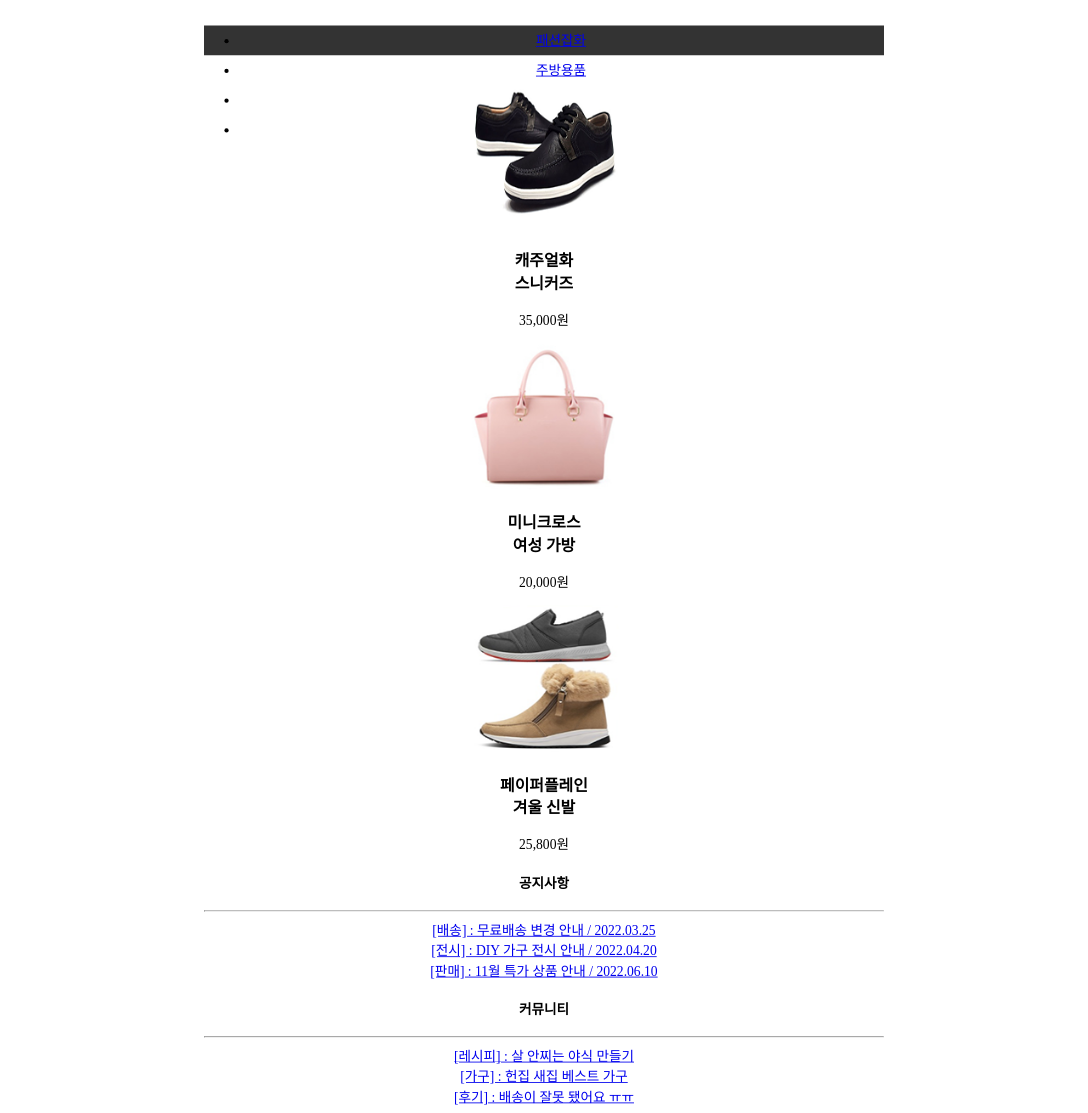
Repository: dudadab/Hhyundaiezwel_Academy
Page: CSS01/src/main/webapp/cssEx.html
The author's editor kept a copy of each file at every save. The page is drawn from the files as they stood at one save, then again after the next save.
The browser window is 1280 px wide. The pictures show the whole page, at 85% of full size.

Above is the page before, as saved 2025-07-02 07:30:07.

### CSS01/src/main/webapp/cssEx.html
<!DOCTYPE html>
<html>
	<head>
		<meta charset="UTF-8">
		<title>CSS 종합 연습문제</title>
		<link rel="stylesheet" type="text/css" href="cssEX.css">
	</head>
	<body>
		<div id="wrap">
			<div id="mainMenuBox">
				<ul id="menuItem">
					<li><a href="#">패션잡화</a></li>
					<li><a href="#">주방용품</a></li>
					<li><a href="#">생활건강</a></li>
					<li><a href="#">DIY가구</a></li>
				</ul>
			</div>
			<div id="productBox">
				<div>
					<img src="image/image/fashion1.png">
					<h3 class="prdTitle">캐주얼화<br>스니커즈</h3>
					<p class="prdPrice">35,000원</p>
				</div>
				<div>
					<img src="image/image/fashion2.png">
					<h3 class="prdTitle">미니크로스<br>여성 가방</h3>
					<p class="prdPrice">20,000원</p>
				</div>
				<div>
					<img src="image/image/fashion3.png">
					<h3 class="prdTitle">페이퍼플레인<br>겨울 신발</h3>
					<p class="prdPrice">25,800원</p>
				</div>
			</div>
			<div id="infoBox">
				<div class="box">
					<h4>공지사항</h4>
					<hr>
					<a href="#">[배송] : 무료배송 변경 안내 / 2022.03.25</a><br>
					<a href="#">[전시] : DIY 가구 전시 안내 / 2022.04.20</a><br>
					<a href="#">[판매] : 11월 특가 상품 안내 / 2022.06.10</a><br>
				</div>
				<div class="box">
					<h4>커뮤니티</h4>
					<hr>
					<a href="#">[레시피] : 살 안찌는 야식 만들기</a><br>
					<a href="#">[가구] : 헌집 새집 베스트 가구</a><br>
					<a href="#">[후기] : 배송이 잘못 됐어요 ㅠㅠ</a><br>
				</div>
			</div>
		</div>
	</body>
</html>

### CSS01/src/main/webapp/cssEX.css
@charset "UTF-8";

/*전체 컨텐츠를 담고 있는 div 태그*/
#wrap{
	margin:0 auto;/*가운데 정렬*/
	width:800px; /*가운데 정렬하기 위해서는 width 값이 있어야 함*/
	text-align:center;

}

#mainMenuBox{
	height:35px;
	line-height:35px; /*줄간격 - 수직 가운데 정렬 효과*/
	background-color:#333;
	margin-top:	30px;
	margin-bottom:30px;

}

After the next save:
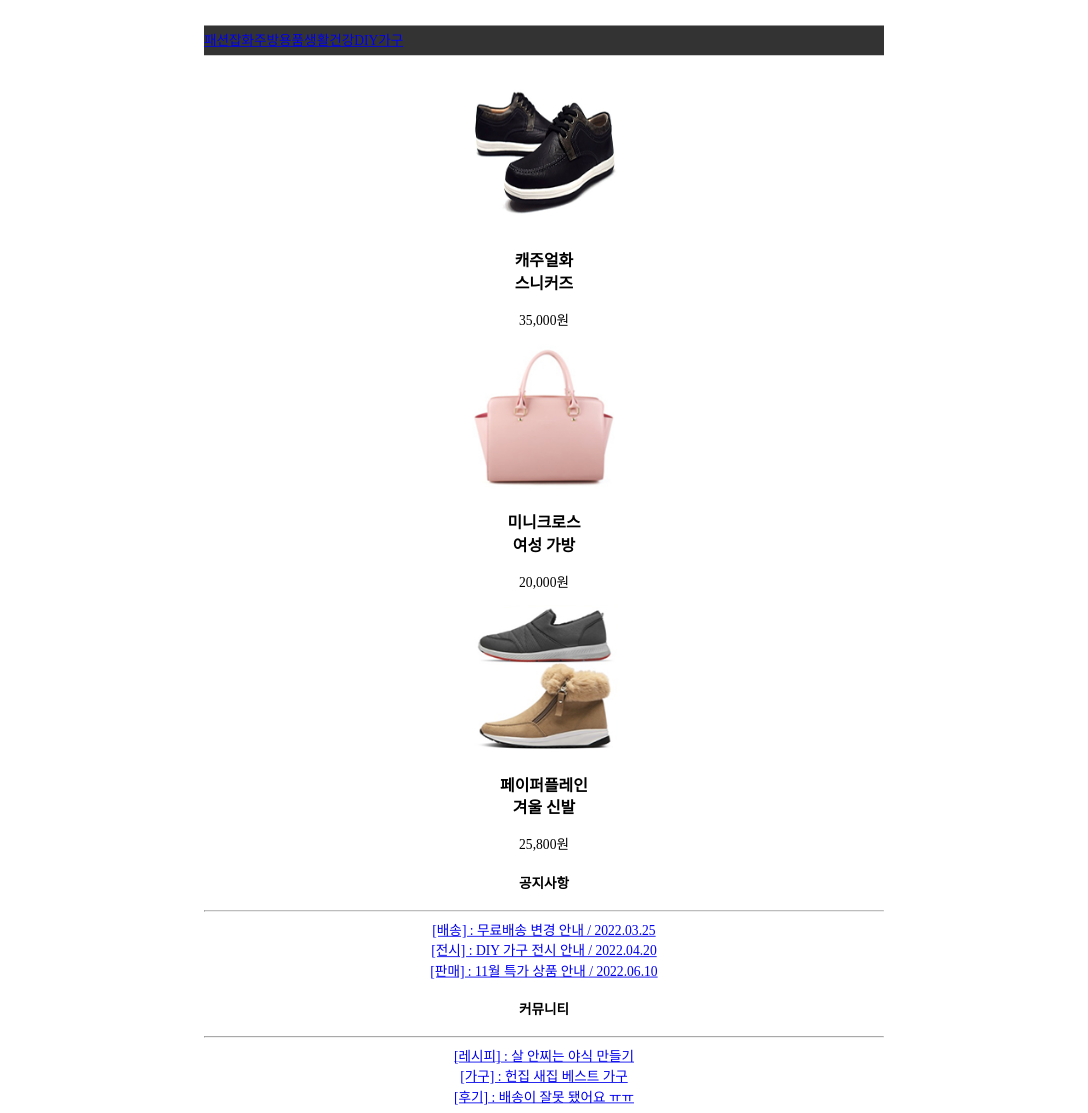
Saved 5 min 2 s later.
--- a/CSS01/src/main/webapp/cssEX.css
+++ b/CSS01/src/main/webapp/cssEX.css
@@ -16,3 +16,14 @@
 	margin-bottom:30px;
 
 }
+
+#mainMenuBox ul {
+	padding-left:0;
+	margin:0;
+	list-style:none;/*type 없음*/
+
+}
+
+#mainMenuBox li{
+	float:left;
+}
